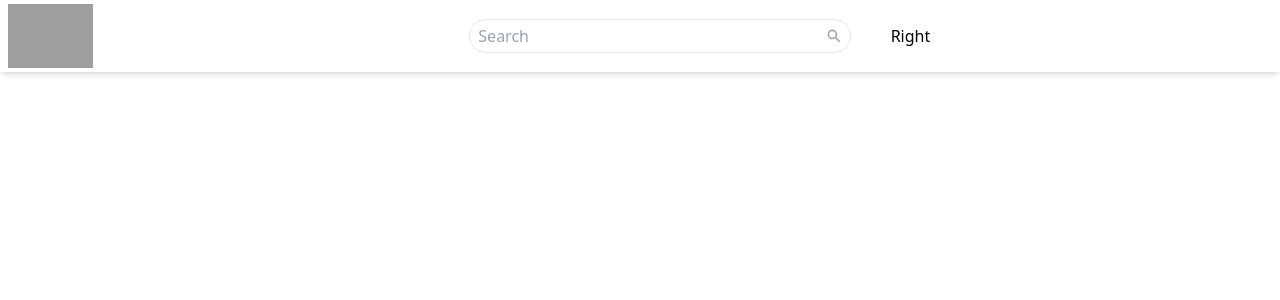
Repository: BroDudeeee/Airbnb-Clone
Page: /
An editor plug-in stored every save of this project. The page is shown before and after the next save, followed by the edit.
The browser window is 1280 px wide. The pictures show the whole page.
Pictures or frames that could not be fetched are drawn as grey boxes. The project was rebuilt for these pictures with package versions that can differ from the ones it lists, and the page was loaded fresh each time. The framework's server and built-in components were replaced by stand-ins that run in the browser. Also part of the build but not shown: next.config.js.

Above is the page before, as saved 2022-06-20 19:52:27.

After the next save:
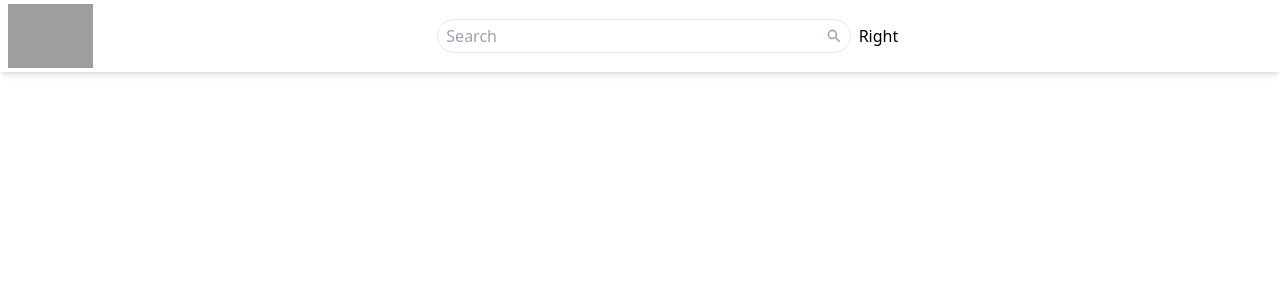
Saved 8 s later.
--- a/components/Header.js
+++ b/components/Header.js
@@ -3,7 +3,7 @@ import { SearchIcon } from '@heroicons/react/solid'
 
 const Header = () => {
   return (
-    <header className='grid grid-cols-3 shadow-md bg-white sticky top-0 z-50 items-center py-1 px-2 space-x-10'>
+    <header className='grid grid-cols-3 shadow-md bg-white sticky top-0 z-50 items-center py-1 px-2 space-x-2'>
       {/* Left */}
       <div className='relative h-16 cursor-pointer'>
         <Image
